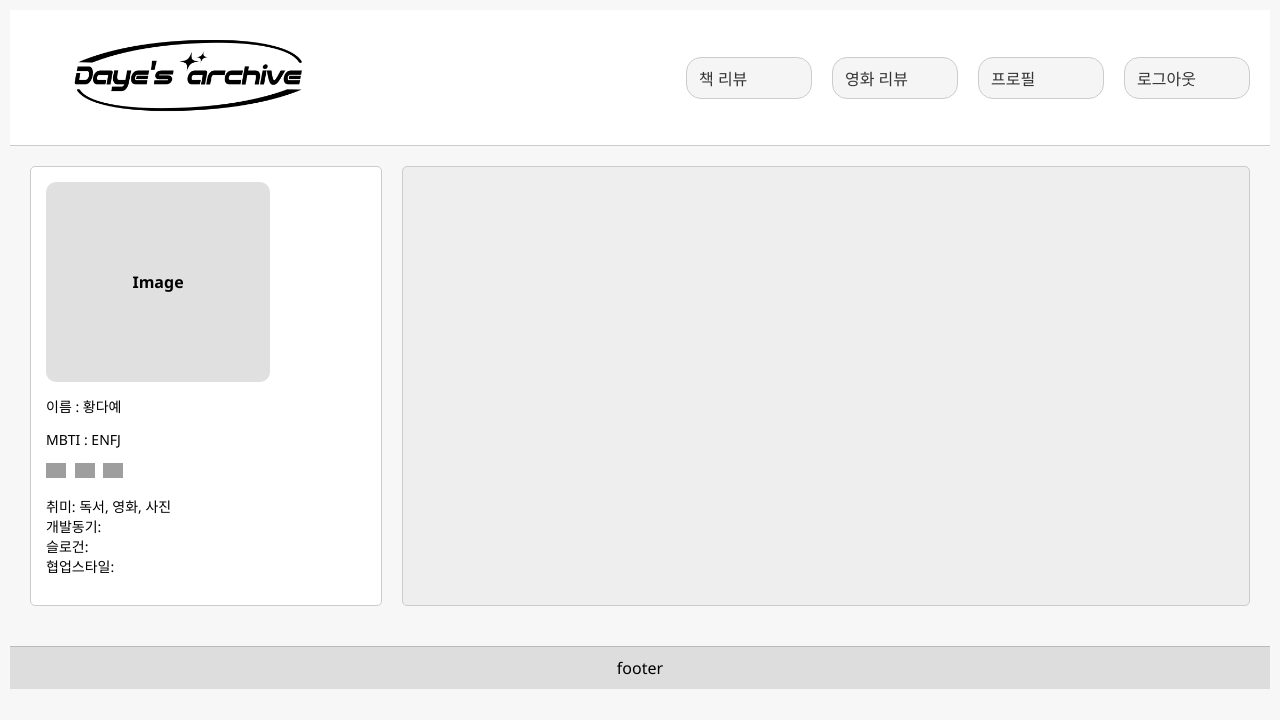
Repository: HWANG-DAYE/spring_project
Page: http://localhost/daye_archive/WEB-INF/views/main.jsp
An editor plug-in stored every save of this project. The page is shown before and after the next save, followed by the edit.
The browser window is 1280 px wide. The pictures show the whole page.
Pictures or frames that could not be fetched are drawn as grey boxes. The page is served by Tomcat 9. Nobody is signed in. The template is opened directly, without the code that normally fills it, so the values that code supplies are empty.

Above is the page before, as saved 2025-08-06 05:59:30.

After the next save:
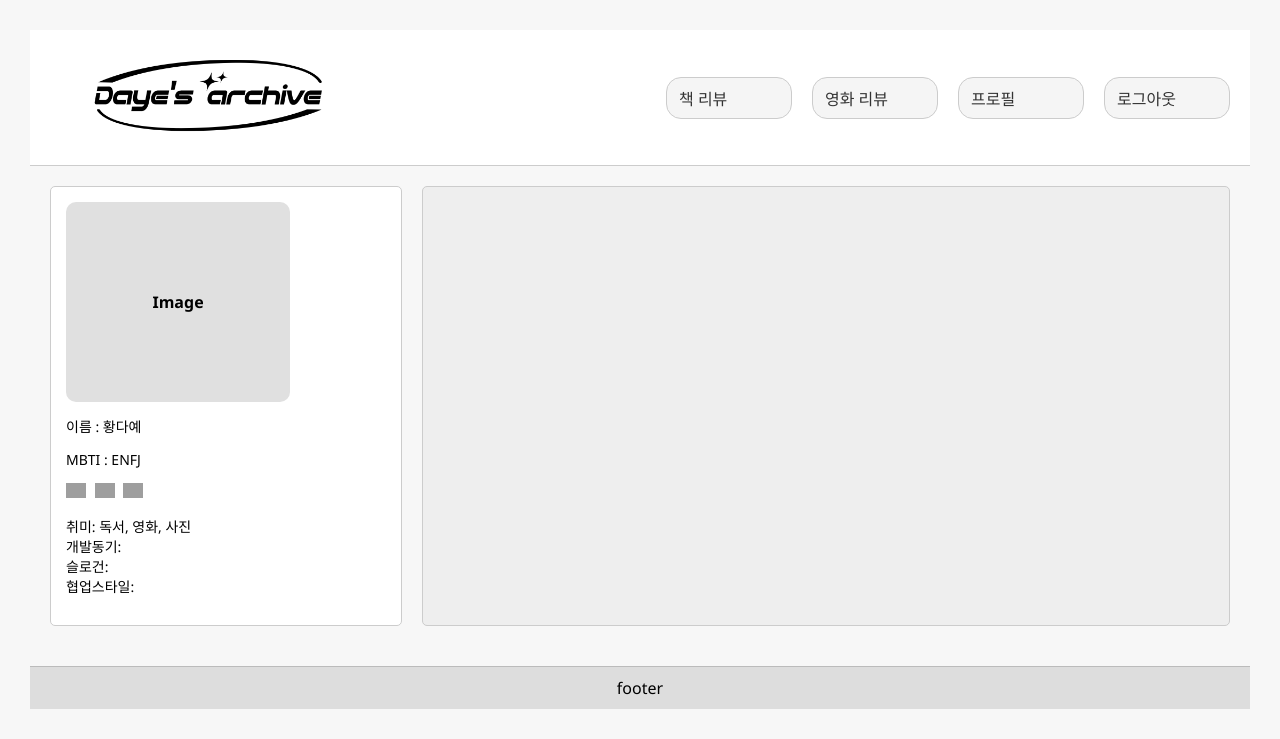
Saved 39 s later.
--- a/daye_archive/src/main/webapp/WEB-INF/views/main.jsp
+++ b/daye_archive/src/main/webapp/WEB-INF/views/main.jsp
@@ -9,7 +9,7 @@
 <style>
 body {
 	margin: 10px;
-	padding: 10px;
+	padding: 30px;
 	font-family: 'Segoe UI', Tahoma, Geneva, Verdana, sans-serif;
 	background-color: #f7f7f7;
 }
